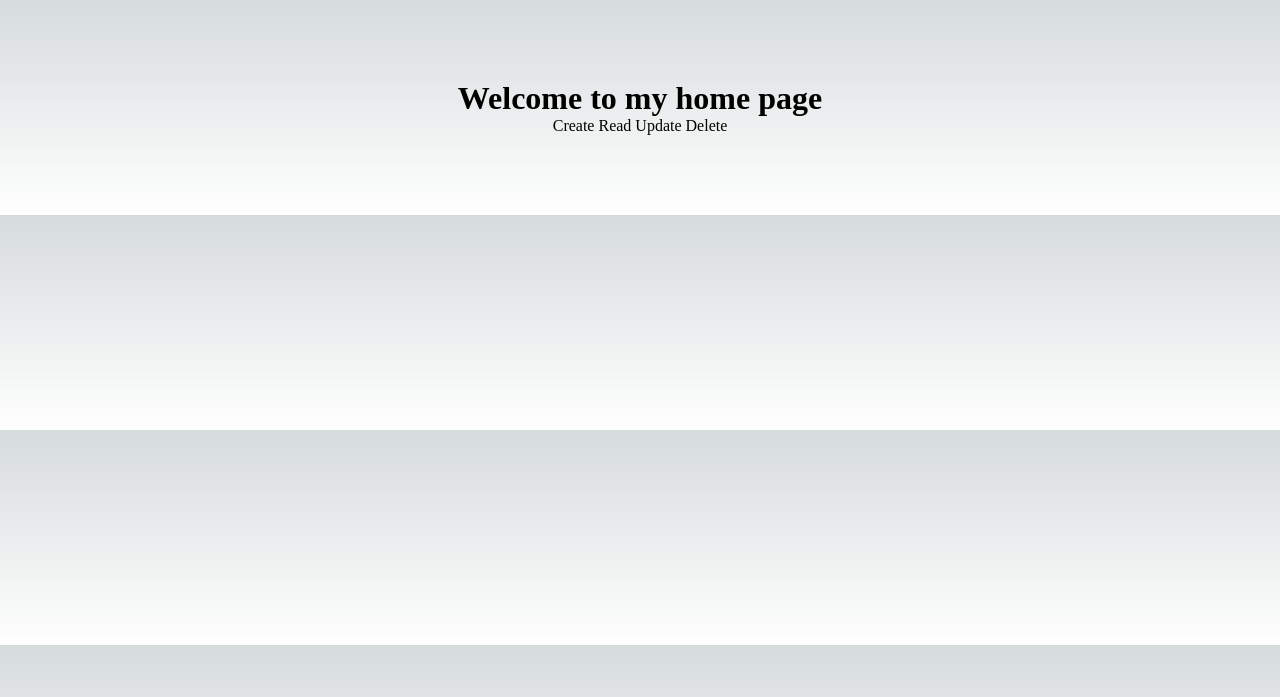
Repository: sierralaurent/MDIA2109-Week04
Page: /
An editor plug-in stored every save of this project. The page is shown before and after the next save, followed by the edit.
The browser window is 1280 px wide. The pictures show the whole page.
The project was rebuilt for these pictures with package versions that can differ from the ones it lists, and the page was loaded fresh each time. The framework's server and built-in components were replaced by stand-ins that run in the browser. Also part of the build but not shown: next.config.js.

Above is the page before, as saved 2023-01-23 15:08:17.

After the next save:
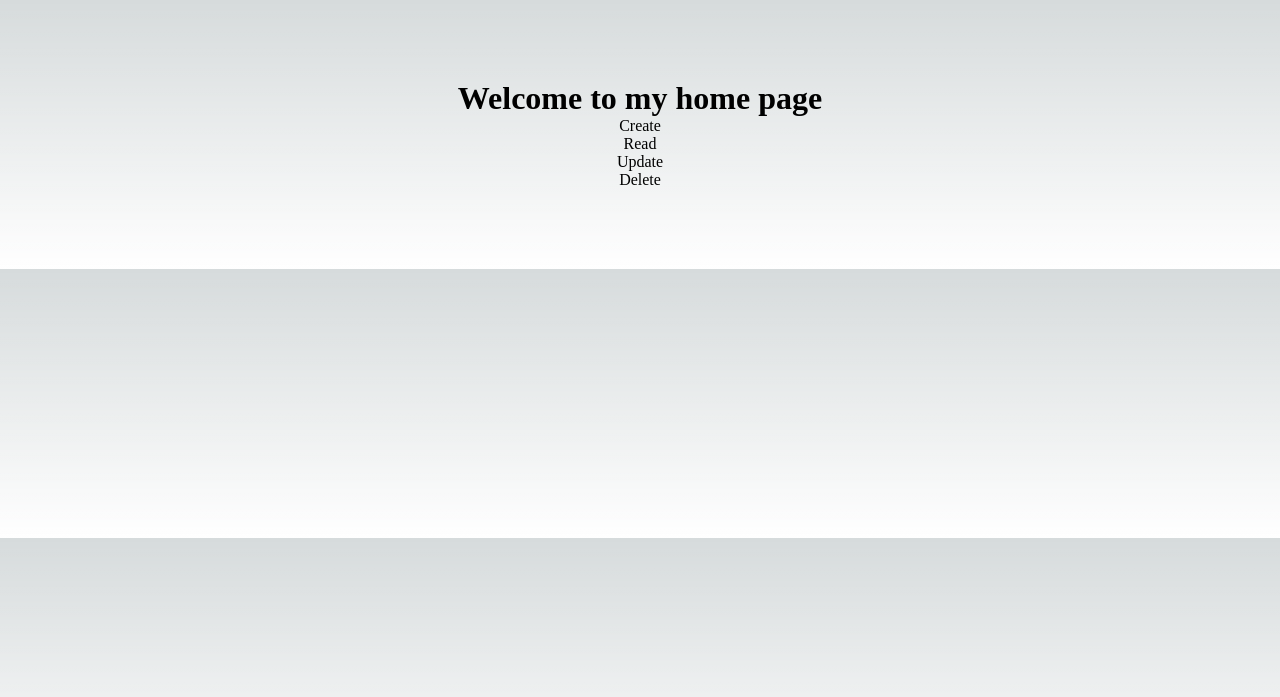
Saved 117 s later.
--- a/pages/index.js
+++ b/pages/index.js
@@ -16,7 +16,11 @@ export default function Home() {
       </Head>
       <main className={styles.main}>
         <h1>Welcome to my home page</h1>
-        <ul>Create Read Update Delete</ul>
+        <ul>Create</ul>
+        <ul>Read</ul>
+        <ul>Update</ul>
+        <ul>Delete
+        </ul>
       </main>
     </>
   )
